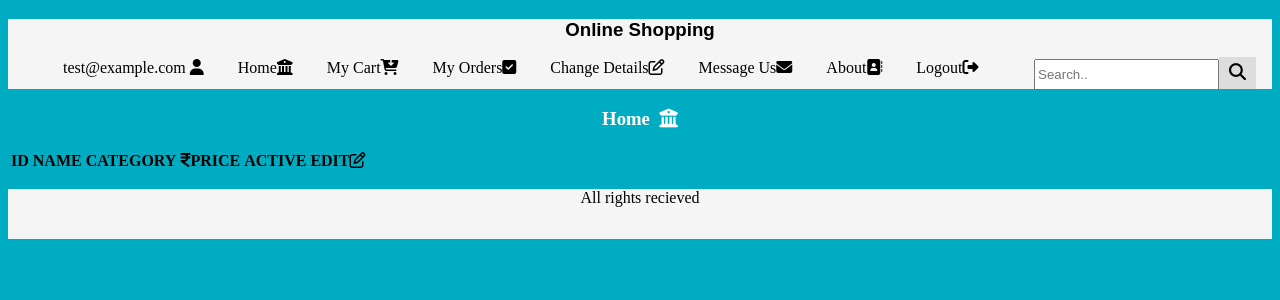
Repository: NidhiDaniel/E-Cart
Page: http://localhost/Online-Shopping-Cart/home.jsp
The author's editor kept a copy of each file at every save. The page is drawn from the files as they stood at one save, then again after the next save.
The browser window is 1280 px wide. The pictures show the whole page.
Some web libraries are served in a nearby version. The page is served by Tomcat 9. The session is filled in as if someone had signed in: {"email": "test@example.com"}. Queries for data that is not in the repository find no rows.

Above is the page before, as saved 2024-01-06 09:53:00.

### Online-Shopping-Cart/src/main/webapp/home.jsp
<%@page import="com.db.connection.DAOConnection"%>
<%@page import="java.sql.*"%>
<%@ page language="java" contentType="text/html; charset=ISO-8859-1"
    pageEncoding="ISO-8859-1"%>
<%@ include file="header.jsp" %>
<!DOCTYPE html>
<html>
<head>
<meta charset="ISO-8859-1">
<title>Home</title>
</head>
<body>
<h3 style="color: white; text-align: center;">Home &nbsp;<i class="fa fa-institution"></i></h3>
<table>
		<tr>
			<th>ID</th>
			<th>NAME</th>
			<th>CATEGORY</th>
			<th><i class="fa fa-inr"></i>PRICE</th>
			<th>ACTIVE</th>
			<th>EDIT<i class="fa fa-edit"></i></th>
		</tr>
		<%
	try {
		Connection con = DAOConnection.getConnection();
		Statement stmt = con.createStatement();
		ResultSet rs = stmt.executeQuery("select * from product");
		while(rs.next())
		{%>
		<tr>
			<td><%= rs.getString(1)%></td>
			<td><%= rs.getString(2)%></td>
			<td><%= rs.getString(3)%></td>
			<td><i class="fa fa-inr"></i><%= rs.getString(4)%></td>
			<td><%= rs.getString(5)%></td>
			<td><a href="edit-product.jsp?id=<%= rs.getString(1)%>">Edit<i class="fa fa-edit"></i></a></td>
		</tr>
		<%}
	} catch (Exception e) {
      e.printStackTrace();
	}
	%>
	</table>
</body>
<%@ include file="footer.jsp" %>
</html>

### Online-Shopping-Cart/src/main/webapp/header.jsp
<%@ page language="java" contentType="text/html; charset=ISO-8859-1"
	pageEncoding="ISO-8859-1"%>
<!DOCTYPE html>
<html>
<head>
<meta charset="ISO-8859-1">
<title>Insert title here</title>
<link rel="stylesheet" type="text/css" href="./css/header.css">
<link rel="stylesheet" href="https://cdnjs.cloudflare.com/ajax/libs/font-awesome/4.7.0/css/font-awesome.min.css">
<script src='https://kit.fontawesome.com/a076d05399.js' crossorigin='anonymous'></script>
</head>
<body>
	<div class="header">
	<% String email=session.getAttribute("email").toString(); %>

	   <h3>Online Shopping</h3>

		<ul>
		   <li><a href=""><% out.println(email); %><i class="fa fa-user"></i></a></li>
			<li><a href="home.jsp">Home<i class="fa fa-institution"></i></a></li>
			<li><a href="">My Cart<i class="fa fa-cart-arrow-down"></i></a></li>
			<li><a href="">My Orders<i class="fa fa-check-square"></i></a></li>
			<li><a href="">Change Details<i class="fa fa-edit"></i></a></li>
			<li><a href="">Message Us<i class="fa fa-envelope"></i></a></li>
			<li><a href="">About<i class="fa fa-address-book"></i></a></li>
			<li><a href="logout.jsp">Logout<i class="fa fa-sign-out"></i></a></li>
			 <div class="search-container">
        	<input type="text" placeholder="Search.." name="search">
            <button type="submit"><i class="fa fa-search"></i></button>
        </div>
		</ul>

	</div>
</body>
</html>

### Online-Shopping-Cart/src/main/webapp/footer.jsp
<%@ page language="java" contentType="text/html; charset=ISO-8859-1"
    pageEncoding="ISO-8859-1"%>
<!DOCTYPE html>
<html>
<head>
<meta charset="ISO-8859-1">
<title>Insert title here</title>
<link rel="stylesheet" type="text/css" href="css/footer.css">
</head>
<body>
<div class="footer">
<p>All rights recieved</p>
</div>
</body>
</html>

### Online-Shopping-Cart/src/main/java/com/db/connection/DAOConnection.java
package com.db.connection;

import java.sql.Connection;
import java.sql.DriverManager;

import com.mysql.cj.jdbc.Driver;

public class DAOConnection {


public static Connection getConnection() {
	 Connection con=null;
	   try {
		DriverManager.registerDriver(new Driver());
        con=DriverManager.getConnection("jdbc:mysql://localhost:3306/online_cart","root","admin");
	} catch (Exception e) {
		e.printStackTrace();
	}
	return con;
   }
}

### Online-Shopping-Cart/src/main/webapp/css/header.css
@charset "ISO-8859-1";
body{
	background: #00ACC1;
}
.header{
	width: auto;
	height:auto;
	background: #f5f5f5;
}
.header ul li{
	list-style: none;
	display: inline-block;
	height: 30px;
}
.header ul li:hover{
	background: #879487;
}
.header h3{
	text-align: center;
	font-family: sans-serif;
	font-weight: 900;
}
.header ul li a{
	margin: 15px;
    text-decoration: none;
    color: black;
    font-weight: 500;
}
.search-container input{
	height: 25px;
}
.search-container {
  float: right;
}
.search-container button {
  float: right;
  padding: 6px 10px;
  margin-top: -2px;
  margin-right: 16px;
  background: #ddd;
  font-size: 17px;
  border: none;
  cursor: pointer;
}
.search-container button:hover {
  background: #ccc;
}

### Online-Shopping-Cart/src/main/webapp/css/footer.css
@charset "ISO-8859-1";
.footer{
	background: #f5f5f5;
	height: 50px;
}
.footer p{
text-align: center;
}

After the next save:
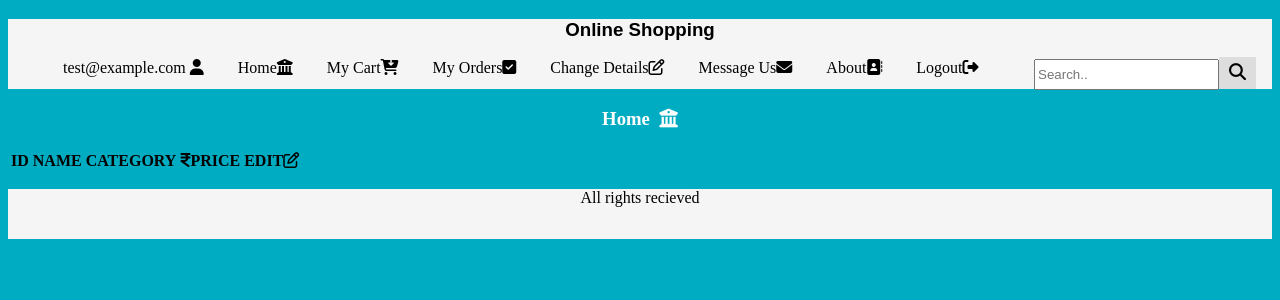
Saved 25 s later.
--- a/Online-Shopping-Cart/src/main/webapp/home.jsp
+++ b/Online-Shopping-Cart/src/main/webapp/home.jsp
@@ -17,7 +17,6 @@
 			<th>NAME</th>
 			<th>CATEGORY</th>
 			<th><i class="fa fa-inr"></i>PRICE</th>
-			<th>ACTIVE</th>
 			<th>EDIT<i class="fa fa-edit"></i></th>
 		</tr>
 		<%
